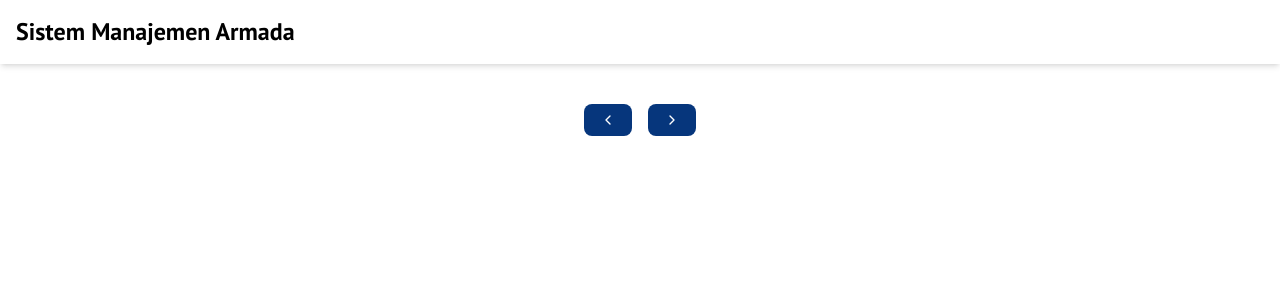
Repository: SyahrulRmd/8973d208-5d3b
Page: /
An editor plug-in stored every save of this project. The page is shown before and after the next save, followed by the edit.
The browser window is 1280 px wide. The pictures show the whole page.
The page's requests for data from a server got no answer. The project was rebuilt for these pictures with package versions that can differ from the ones it lists, and the page was loaded fresh each time. No one was signed in, and anything a server would have sent is missing. Also part of the build but not shown: vite.config.ts, src/components/ui/dialog.tsx, src/components/icons/bus.tsx.

Above is the page before, as saved 2025-07-05 22:03:35.

### index.html
<!doctype html>
<html lang="en">

<head>
  <meta charset="UTF-8" />
  <link rel="icon" type="image/svg+xml" href="/vite.svg" />
  <meta name="viewport" content="width=device-width, initial-scale=1.0" />
  <title>Sistem Manajemen Armada</title>
</head>

<body>
  <div id="root"></div>
  <script type="module" src="/src/main.tsx"></script>
</body>

</html>

### src/main.tsx
import { StrictMode } from 'react'
import { createRoot } from 'react-dom/client'
import './index.css'
import App from './App.tsx'
import Navbar from './components/navbar.tsx'

createRoot(document.getElementById('root')!).render(
  <StrictMode>
    <div className='flex flex-col gap-10'>
      <Navbar />
      <App />
    </div>
  </StrictMode>,
)

### src/index.css
@import url('https://fonts.googleapis.com/css2?family=PT+Sans:ital,wght@0,400;0,700;1,400;1,700&family=Roboto:ital,wght@0,100..900;1,100..900&display=swap');
@import "tailwindcss";

@layer base {
  * {
    font-family: 'PT Sans', sans-serif;
  }
}

@utility container {
  @apply mx-auto px-4;
}

### src/App.tsx
import { useLayoutEffect, useRef, useState } from 'react'
import { BASE_URL } from './common/base-url'
import { formatDate, formatStatus } from './common/formatter'
import useGet from './hooks/use-get'
import type Vehicle from './types/vehicle'
import Dialog from './components/ui/dialog'
import Button from './components/ui/button'
import CustomDialog from './components/ui/dialog'
import BusIcon from './components/icons/bus'
import { ChevronLeft, ChevronRight, Plus } from 'lucide-react'

function App() {
  const fields = 'fields[vehicle]=speed,occupancy_status,revenue_status,longitude,latitude,label,direction_id,current_stop_sequence,current_status,carriages,bearing,updated_at'
  const page = 'page[offset]=0&page[limit]=10'

  const { data, loading, error } = useGet<Vehicle[]>(`${BASE_URL}/vehicles?${encodeURI(fields)}&${encodeURI(page)}`, { isArray: true },)

  console.log(data)



  return (
    <div>
      <section className='container'>
        <div className='grid grid-cols-12 sm:gap-10 gap-4'>
          {data?.map((vehicle, index) => (
            <div className='col-span-12 sm:col-span-6 md:col-span-4'>
              <VehicleCard key={index} vehicle={vehicle} />
            </div>
          ))}
        </div>
        <div className='flex justify-center gap-4'>
          <Button>
            <ChevronLeft className='w-4 h-4' />
          </Button>
          <Button>
            <ChevronRight className='w-4 h-4' />
          </Button>
        </div>
      </section>
    </div>
  )
}

export default App

const VehicleCard = ({ vehicle }: { vehicle: Vehicle }) => {
  const [isOpen, setIsOpen] = useState(false)


  console.log(formatStatus(vehicle.current_status));

  const statusBgColor = (status: string) => {
    switch (status) {
      case "IN_TRANSIT_TO":
        return 'bg-blue-500/20 text-blue-500 border border-blue-500'
      case "STOPPED_AT":
        return 'bg-orange-400/20 text-orange-400 border border-orange-400'
      case 'INCOMING_AT':
        return 'bg-green-500/20 text-green-500 border border-green-500'
      default:
        return 'bg-gray-500/20 text-gray-500 border border-gray-500'
    }
  }


  return (
    <>
      <div onClick={() => setIsOpen(true)} >
        <div className='bg-white rounded-lg p-4 shadow-md space-y-3'>
          <div className='flex justify-between items-center'>
            <div className='flex items-center gap-2'>
              <BusIcon className='w-6 h-6' />
              <h3 className='text-xl font-bold'>{vehicle.label}</h3>
            </div>
            <p className={`px-2 py-1 rounded-md text-xs ${statusBgColor(vehicle.current_status)} `}>{formatStatus(vehicle.current_status)}</p>
          </div>
          <div className='space-y-1'>
            <p className='text-sm text-gray-500'><span className='font-semibold'>Lattitude:</span> {vehicle.latitude}</p>
            <p className='text-sm text-gray-500'><span className='font-semibold'>Longitude:</span> {vehicle.longitude}</p>
          </div>
          <div>
            <p className='text-sm text-gray-500'>Terakhir Di-update</p>
            <p className='text-sm text-gray-500'>{formatDate(vehicle.updated_at)}</p>
          </div>
        </div>
      </div>
      <CustomDialog isOpen={isOpen} setIsOpen={setIsOpen} title='Dialog'>
        <div>
          <h3 className='text-lg font-bold'>{vehicle.label}</h3>
          <p className={`text-sm  ${statusBgColor(vehicle.current_status)} px-2 py-1 rounded-md`}>{formatStatus(vehicle.current_status)}</p>
          <p className='text-sm text-gray-500'>{vehicle.latitude} & {vehicle.longitude}</p>
          <p className='text-sm text-gray-500'>{formatDate(vehicle.updated_at)}</p>
        </div>
      </CustomDialog>
    </>
  )
}

### src/components/navbar.tsx
const Navbar = () => {
  return (
    <nav className='bg-white shadow-md py-4'>
      <div className='container'>
        <h1 className='text-2xl font-bold'>Sistem Manajemen Armada</h1>
      </div>
    </nav>
  );
}

export default Navbar;

### src/common/base-url.ts
export const BASE_URL = 'https://api-v3.mbta.com'

### src/common/formatter.ts
export const formatDate = (date: string) => {
  const localDate = date.replace(/[+-]\d{2}:\d{2}$/, '');
  return new Date(localDate).toLocaleDateString('id-ID', {
    year: 'numeric',
    month: 'long',
    day: 'numeric',
    hour: '2-digit',
    minute: '2-digit',
    second: '2-digit',
  });
}

export const formatStatus = (status: string) => {
  const formatted = status.replaceAll('_', ' ');
  const capitalize = formatted.split(' ').map(word => word.charAt(0).toUpperCase() + word.slice(1).toLowerCase()).join(' ');
  return capitalize;
}

### src/hooks/use-get.ts
import { useEffect, useState } from "react";

const useGet = <T>(url: string, { isArray = false }: { isArray?: boolean }) => {
  const [data, setData] = useState<T | null>(null);
  const [loading, setLoading] = useState(true);
  const [error, setError] = useState(null);

  useEffect(() => {
    fetch(url)
      .then(res => res.json())
      .then((data) => {
        console.log(data['data']);

        if (isArray) {
          // eslint-disable-next-line @typescript-eslint/no-explicit-any
          setData(data['data'].map((item: any) => item.attributes) as T)
        } else {
          setData(data.data.attributes as T)
        }
      })
      .catch(setError)
      .finally(() => setLoading(false));
  }, [isArray, url]);

  return { data, loading, error };
}

export default useGet;

### src/components/ui/button.tsx
const Button = ({ className, children, onClick }: { className?: string, children: React.ReactNode, onClick?: () => void }) => {
  return (
    <button onClick={onClick} className={`bg-[#06367c] text-white px-4 py-2 font-semibold inline-flex gap-2 items-center justify-center rounded-lg ${className}`}>
      {children}
    </button>
  );
}

export default Button;

After the next save:
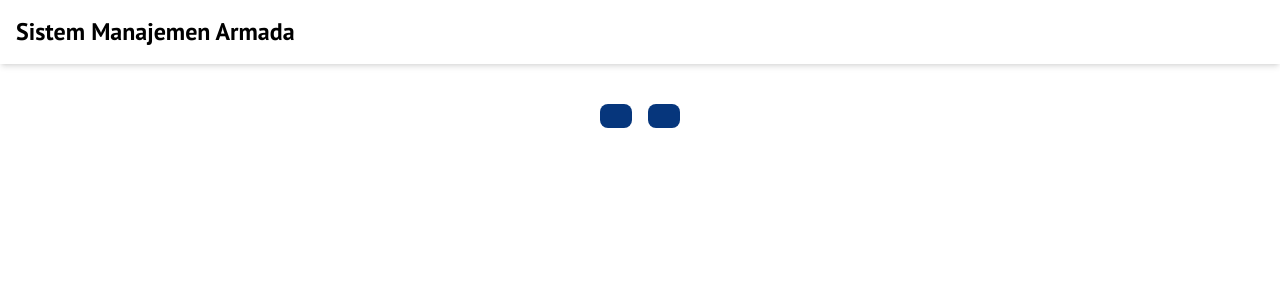
Saved 39 s later.
--- a/src/App.tsx
+++ b/src/App.tsx
@@ -30,10 +30,10 @@ function App() {
           ))}
         </div>
         <div className='flex justify-center gap-4'>
-          <Button>
+          <Button className='w-6 h-6'>
             <ChevronLeft className='w-4 h-4' />
           </Button>
-          <Button>
+          <Button className='w-6 h-6'>
             <ChevronRight className='w-4 h-4' />
           </Button>
         </div>
